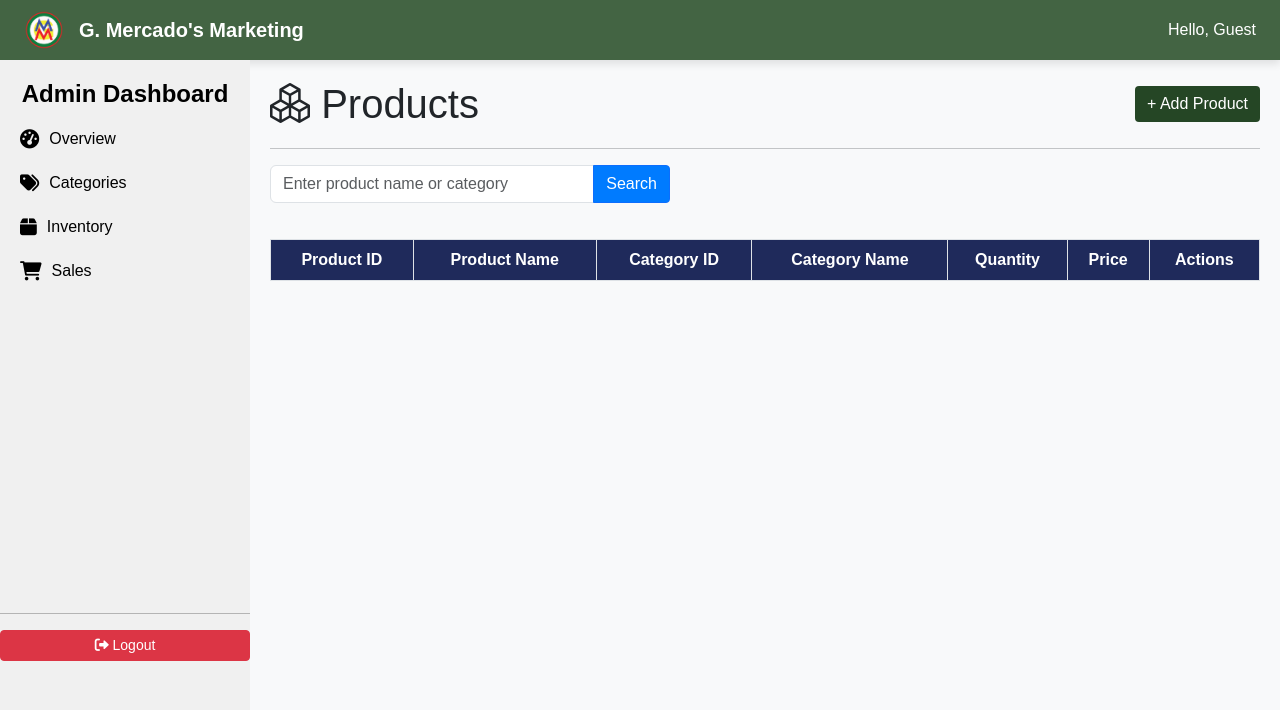
Repository: mandarein21/sales-inventory
Page: http://localhost/products
The author's editor kept a copy of each file at every save. The page is drawn from the files as they stood at one save, then again after the next save.
The browser window is 1280 px wide. The pictures show the whole page.
Some web libraries are served in a nearby version. The page is served by the project's Node server (app.js). Queries for data that is not in the repository find no rows.

Above is the page before, as saved 2024-10-31 09:10:01.

After the next save:
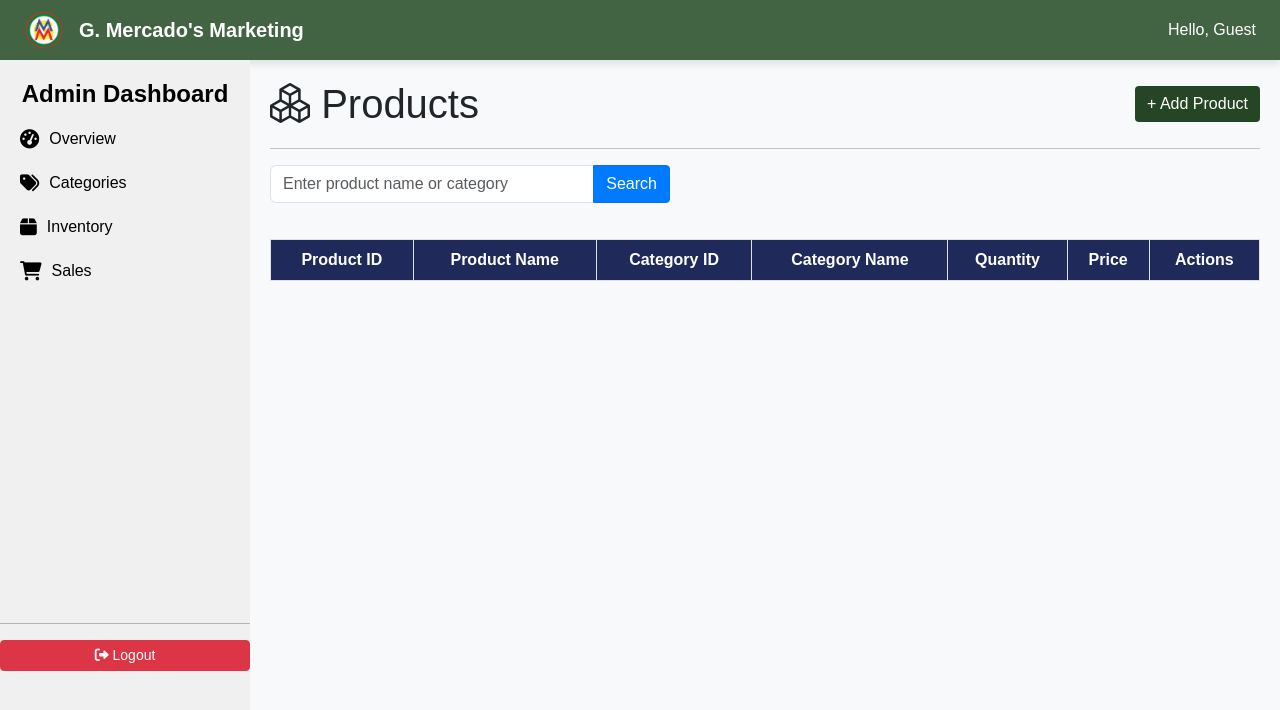
Saved 4 s later.
--- a/public/css/style.css
+++ b/public/css/style.css
@@ -324,7 +324,7 @@ body {
 }
 
 .logout {
-    margin-top: 320px;
+    margin-top: 330px;
 }
 
 
